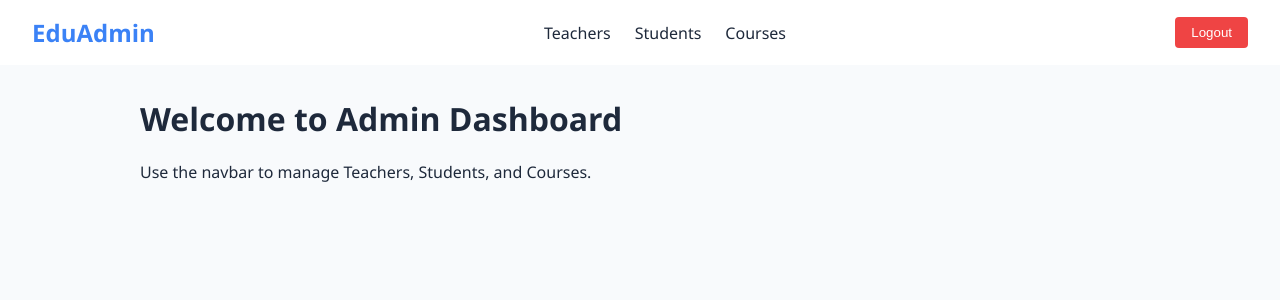
Repository: Fail2/Online-Classroom
Page: http://localhost/adminpanel/dashboard/
An editor plug-in stored every save of this project. The page is shown before and after the next save, followed by the edit.
The browser window is 1280 px wide. The pictures show the whole page.
The page is served by the project's application, run on Django 5.2 (Edu_Frontend/manage.py). Other server files are loaded and not shown.

Above is the page before, as saved 2025-05-24 21:25:55.

### Education_Frontend/Edu_Frontend/adminpanel/templates/adminpanel/dashboard.html
{% extends 'adminpanel/base.html' %}

{% block content %}
    <h1>Welcome to Admin Dashboard</h1>
    <p>Use the navbar to manage Teachers, Students, and Courses.</p>
{% endblock %}

### Education_Frontend/Edu_Frontend/adminpanel/templates/adminpanel/base.html
<!DOCTYPE html>
<html lang="en">

<head>
    <meta charset="UTF-8">
    <title>{% block title %}Admin Panel{% endblock %}</title>

    <style>
        body {
            margin: 0;
            font-family: 'Segoe UI', Tahoma, Geneva, Verdana, sans-serif;
            background-color: #f8fafc;
            color: #1e293b;
        }

        .navbar {
            display: flex;
            justify-content: space-between;
            align-items: center;
            background-color: #ffffff;
            /* Changed from dark to white */
            padding: 1rem 2rem;
            color: #1e293b;
            /* Changed from white to black */
            flex-wrap: wrap;
        }

        .navbar-left .brand {
            font-size: 1.5rem;
            font-weight: bold;
            color: #3b82f6;
            /* A nice blue to stand out on white */
            text-decoration: none;
        }

        .navbar-center {
            display: flex;
            gap: 1.5rem;
        }

        .navbar-center a {
            color: #1e293b;
            /* Black text */
            text-decoration: none;
            font-weight: 500;
            transition: color 0.3s;
        }

        .navbar-center a:hover {
            color: #2563eb;
            /* Hover blue */
        }

        .navbar-right form {
            margin: 0;
        }

        .logout-btn {
            padding: 0.5rem 1rem;
            background-color: #ef4444;
            border: none;
            color: white;
            border-radius: 4px;
            cursor: pointer;
            font-weight: 500;
            transition: background 0.3s;
        }

        .logout-btn:hover {
            background-color: #dc2626;
        }

        @media (max-width: 768px) {
            .navbar {
                flex-direction: column;
                align-items: flex-start;
                gap: 1rem;
            }

            .navbar-center {
                flex-direction: column;
                gap: 0.75rem;
                width: 100%;
            }

            .navbar-right {
                width: 100%;
                text-align: left;
            }
        }

        .container {
            max-width: 1000px;
            margin: 2rem auto;
            padding: 0 1rem;
        }
    </style>


    {% block extra_css %}{% endblock %}
</head>

<body>

    <!-- Navbar -->
    <nav class="navbar">
        <div class="navbar-left">
            <a href="{% url 'admin-dashboard' %}" class="brand">EduAdmin</a>
        </div>
        <div class="navbar-center">
            <a href="{% url 'teacher-list' %}">Teachers</a>
            <a href="{% url 'student-list' %}">Students</a>
            <a href="{% url 'course-list' %}">Courses</a>
        </div>
        <div class="navbar-right">
            <form action="{% url 'admin-logout' %}" method="post">
                {% csrf_token %}
                <button type="submit" class="logout-btn">Logout</button>
            </form>
        </div>
    </nav>

    <!-- Page Content -->
    <div class="container">
        {% block content %}
        {% endblock %}
    </div>

    {% block extra_script %}{% endblock %}
</body>

</html>

### Education_Frontend/Edu_Frontend/adminpanel/views.py
from django.shortcuts import render,redirect
import requests
from .forms import AdminRegisterForm,AdminLoginForm
# Create your views here.

BACKEND_URL = 'http://127.0.0.1:8000/api/'  # Backend URL

def admin_login(request):
    form = AdminLoginForm(request.POST or None)
    if request.method =='POST' and form.is_valid():
        response = requests.post(BACKEND_URL + 'token/',data ={
            'username': form.cleaned_data['username'],
            'password': form.cleaned_data['password'],
        })
        if response.status_code == 200:
            tokens = response.json()
            request.session['access'] = tokens['access']
            return redirect('admin-dashboard')  # target dashboard
        else :
            print("🚨 Backend Error:", response.status_code, response.text)  # 👈 ADD THIS
            error = "Invalid credentials"
    return render(request,'adminpanel/login.html',{'form':form})

def admin_register(request):
    form = AdminRegisterForm(request.POST or None)
    error = None
    if request.method == 'POST' and form.is_valid():
        response = requests.post(BACKEND_URL + 'accounts/users/', json ={
            'username': form.cleaned_data['username'],
            'email': form.cleaned_data['email'],
            'password': form.cleaned_data['password'],
            'role':'ADMIN'
        })

        if response.status_code in [200,201]:
            return redirect('admin_login')
        else:
            print("🚨 Backend Error:", response.status_code, response.text)  # 👈 ADD THIS
            error = 'Somethings wrong!'

    return render(request,'adminpanel/register.html', {'form':form})

def admin_dashboard(request):
    return render(request, 'adminpanel/dashboard.html')

def teacher_list(request):
    return render(request, 'adminpanel/teachers.html')

def student_list(request):
    return render(request, 'adminpanel/students.html')

def course_list(request):
    return render(request, 'adminpanel/courses.html')

def admin_logout(request):
    # You can handle token removal or redirect to login here
    return redirect('admin_login')

### Education_Frontend/Edu_Frontend/Edu_Frontend/urls.py
"""
URL configuration for Edu_Frontend project.

The `urlpatterns` list routes URLs to views. For more information please see:
    https://docs.djangoproject.com/en/5.2/topics/http/urls/
Examples:
Function views
    1. Add an import:  from my_app import views
    2. Add a URL to urlpatterns:  path('', views.home, name='home')
Class-based views
    1. Add an import:  from other_app.views import Home
    2. Add a URL to urlpatterns:  path('', Home.as_view(), name='home')
Including another URLconf
    1. Import the include() function: from django.urls import include, path
    2. Add a URL to urlpatterns:  path('blog/', include('blog.urls'))
"""
from django.contrib import admin
from django.urls import path,include

urlpatterns = [
    path('admin/', admin.site.urls),
    path('adminpanel/',include('adminpanel.urls')),
]

### Education_Frontend/Edu_Frontend/adminpanel/urls.py
from django.contrib import admin
from django.urls import path,include
from . import views
urlpatterns = [
    path('login/',views.admin_login,name = 'admin-login'),
    path('register/',views.admin_register,name = 'admin-register'),
    path('dashboard/', views.admin_dashboard, name='admin-dashboard'),
    path('teachers/', views.teacher_list, name='teacher-list'),
    path('students/', views.student_list, name='student-list'),
    path('courses/', views.course_list, name='course-list'),
    path('logout/', views.admin_logout, name='admin-logout'),
]

After the next save:
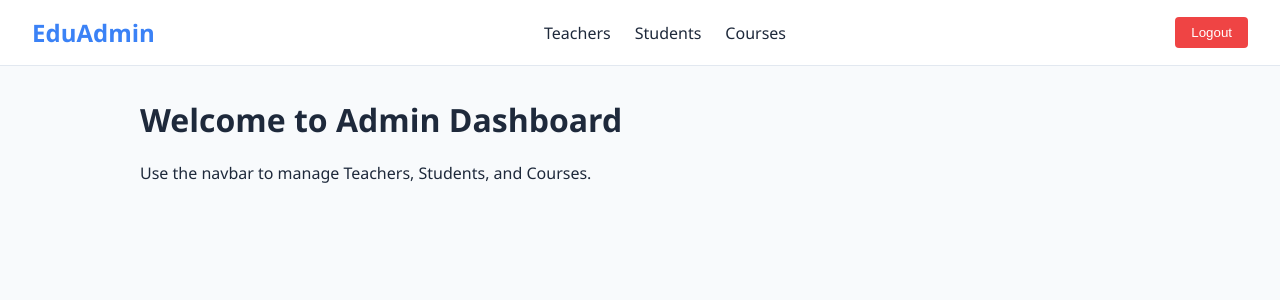
Saved 5 min 3 s later.
--- a/Education_Frontend/Edu_Frontend/adminpanel/templates/adminpanel/base.html
+++ b/Education_Frontend/Edu_Frontend/adminpanel/templates/adminpanel/base.html
@@ -1,6 +1,5 @@
 <!DOCTYPE html>
 <html lang="en">
-
 <head>
     <meta charset="UTF-8">
     <title>{% block title %}Admin Panel{% endblock %}</title>
@@ -18,10 +17,8 @@
             justify-content: space-between;
             align-items: center;
             background-color: #ffffff;
-            /* Changed from dark to white */
             padding: 1rem 2rem;
-            color: #1e293b;
-            /* Changed from white to black */
+            border-bottom: 1px solid #e2e8f0;
             flex-wrap: wrap;
         }
 
@@ -29,7 +26,6 @@
             font-size: 1.5rem;
             font-weight: bold;
             color: #3b82f6;
-            /* A nice blue to stand out on white */
             text-decoration: none;
         }
 
@@ -39,16 +35,18 @@
         }
 
         .navbar-center a {
+            text-decoration: none;
             color: #1e293b;
-            /* Black text */
-            text-decoration: none;
             font-weight: 500;
-            transition: color 0.3s;
+            transition: color 0.3s ease;
         }
 
         .navbar-center a:hover {
             color: #2563eb;
-            /* Hover blue */
+        }
+
+        .navbar-center a.active {
+            color: #2563eb;
         }
 
         .navbar-right form {
@@ -96,10 +94,8 @@
         }
     </style>
 
-
     {% block extra_css %}{% endblock %}
 </head>
-
 <body>
 
     <!-- Navbar -->
@@ -108,9 +104,9 @@
             <a href="{% url 'admin-dashboard' %}" class="brand">EduAdmin</a>
         </div>
         <div class="navbar-center">
-            <a href="{% url 'teacher-list' %}">Teachers</a>
-            <a href="{% url 'student-list' %}">Students</a>
-            <a href="{% url 'course-list' %}">Courses</a>
+            <a href="{% url 'teacher-list' %}" class="{% if request.resolver_match.url_name == 'teacher-list' %}active{% endif %}">Teachers</a>
+            <a href="{% url 'student-list' %}" class="{% if request.resolver_match.url_name == 'student-list' %}active{% endif %}">Students</a>
+            <a href="{% url 'course-list' %}" class="{% if request.resolver_match.url_name == 'course-list' %}active{% endif %}">Courses</a>
         </div>
         <div class="navbar-right">
             <form action="{% url 'admin-logout' %}" method="post">
@@ -128,5 +124,4 @@
 
     {% block extra_script %}{% endblock %}
 </body>
-
 </html>
